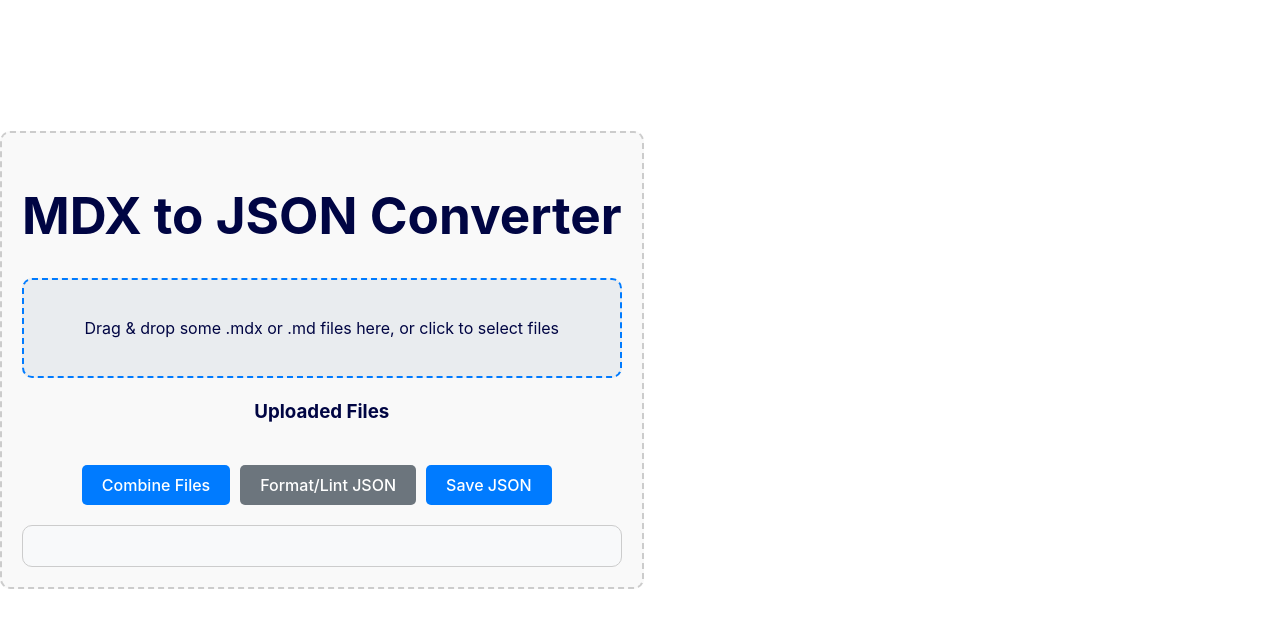
Repository: LayerDynamics/mdx-to-json
Page: /
These files come from the project's save history. The page is drawn as it stood at one moment and after the next save; the edit follows.
The browser window is 1280 px wide. The pictures show the whole page.
The project was rebuilt for these pictures with package versions that can differ from the ones it lists, and the page was loaded fresh each time. Also part of the build but not shown: vite.config.ts.

Above is the page before, as saved 2024-08-20 09:49:39.

After the next save:
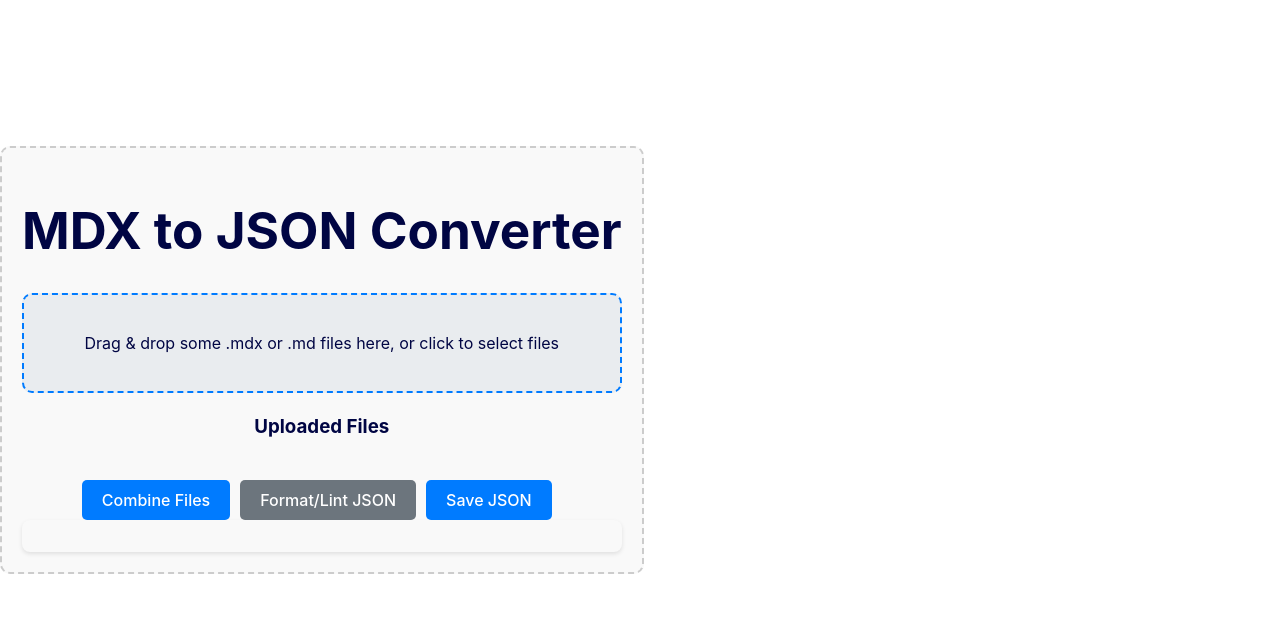
Saved 3 min 8 s later.
--- a/src/styles.ts
+++ b/src/styles.ts
@@ -53,13 +53,27 @@ export const DropzoneArea = styled.div`
 
 
 export const PreviewContainer = styled.div`
-    margin-top: 20px;
-    text-align: left;
-    white-space: pre-wrap;
-    background-color: #f8f9fa;
-    padding: 20px;
-    border-radius: 10px;
-    border: 1px solid #ccc;
-    position: relative;
-    z-index: 5;
+    max-width: 100%;
+    overflow-x: auto; /* Allow horizontal scroll if necessary */
+    word-wrap: break-word; /* Break long words and ensure they stay within the container */
+    padding: 1rem;
+    background-color: #f9f9f9;
+    border-radius: 8px;
+    box-shadow: 0 2px 4px rgba(0, 0, 0, 0.1);
+
+    pre {
+        white-space: pre-wrap; /* Ensures that the content respects the container width */
+        word-break: break-word; /* Forces long words to break and wrap within the container */
+    }
+
+    h3 {
+        font-size: 1.25rem;
+        margin-bottom: 0.5rem;
+        color: #333;
+    }
+
+    hr {
+        border-top: 1px solid #ccc;
+        margin: 1rem 0;
+    }
 `;
